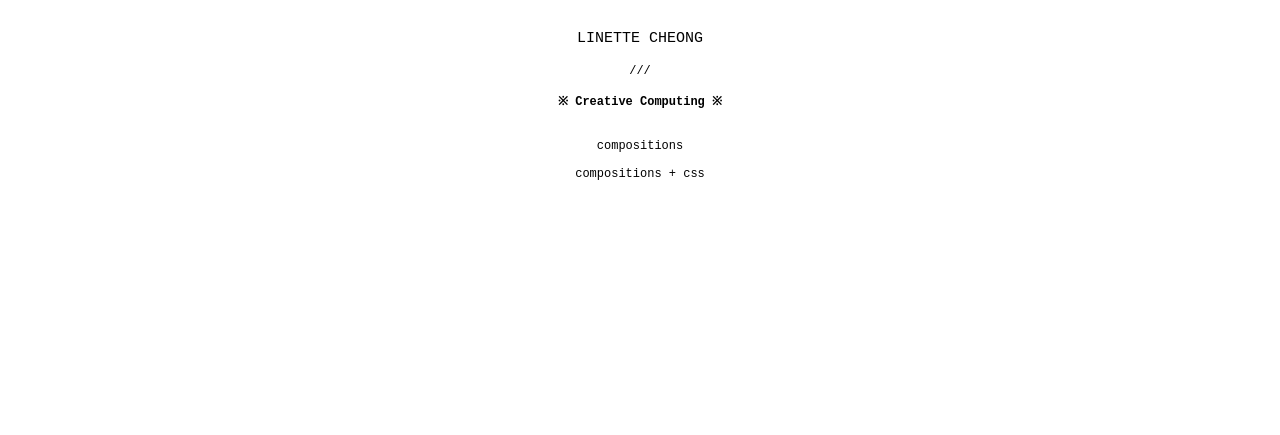
Repository: Nnetterz/Nnetterz.github.io
Page: index.html
The author's editor kept a record of every edit. The page is drawn from the files as they stood at one moment, then again after the next edit.
The browser window is 1280 px wide. The pictures show the whole page.

Above is the page before.

After the next edit:
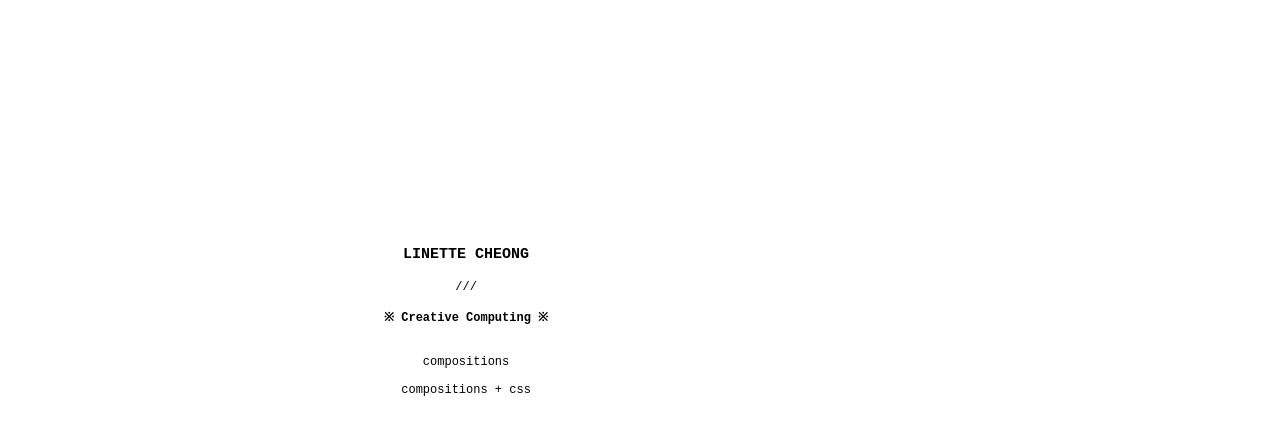
The edit:
--- a/index.html
+++ b/index.html
@@ -5,8 +5,9 @@
         <link href="style.css" rel="stylesheet">
     </head>
     <body>
+<div class="wrapper">
     <div class="headerone">
-        Linette Cheong<br><br></div>
+        <b>Linette Cheong</b><br><br></div>
     <div class="midheader">
         ///<br><br></div>
     <div class="headertwo">
